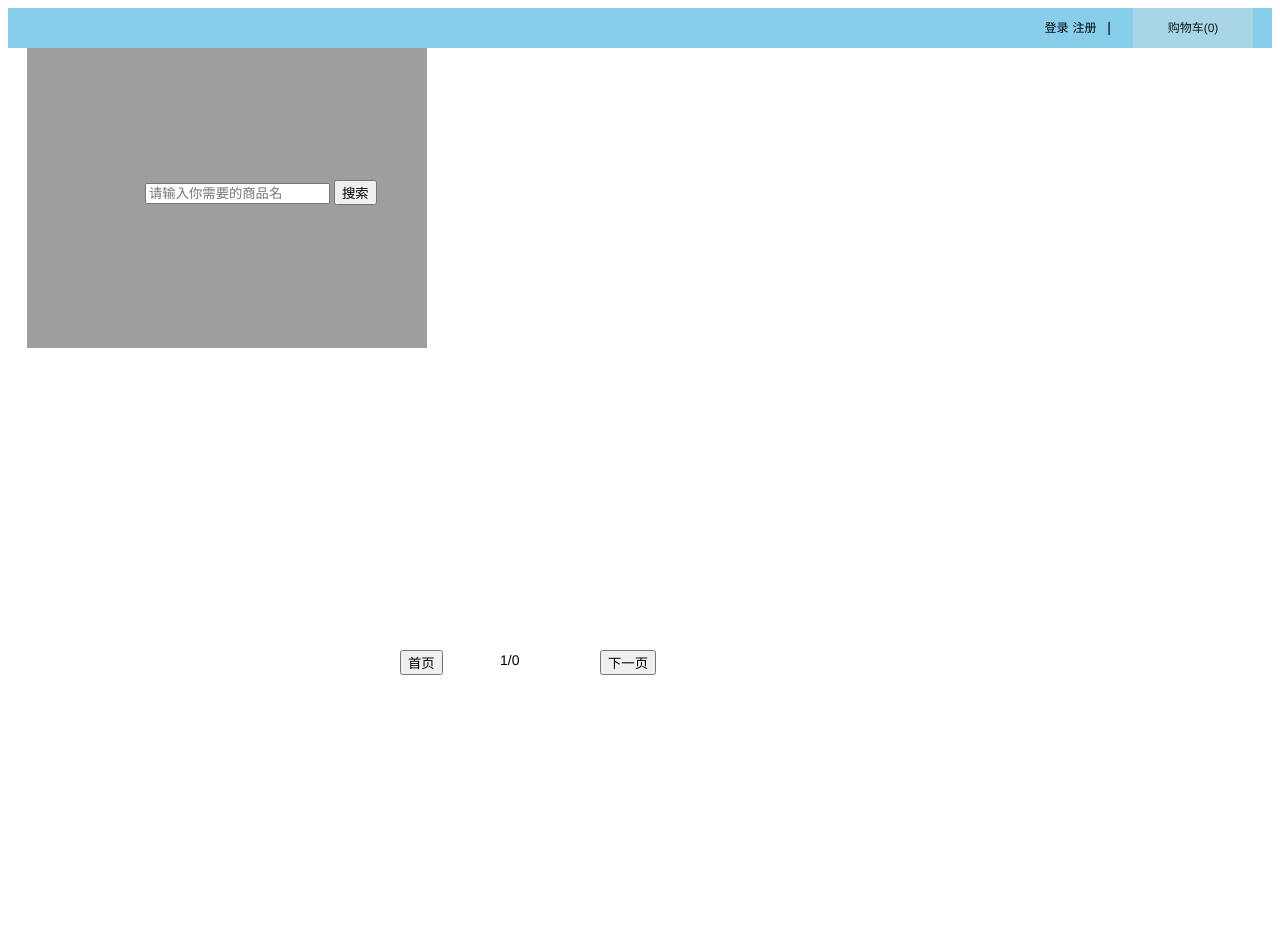
Repository: Gale-student/Gale-student.github.io
Page: http://localhost/weshop/AaShoppingHomePageServlet
An editor plug-in stored every save of this project. The page is shown before and after the next save, followed by the edit.
The browser window is 1280 px wide. The pictures show the whole page.
The page is served by Tomcat 9. Queries for data that is not in the repository find no rows.

Above is the page before, as saved 2022-10-06 12:47:05.
Console error: ReferenceError: addCart is not defined

After the next save:
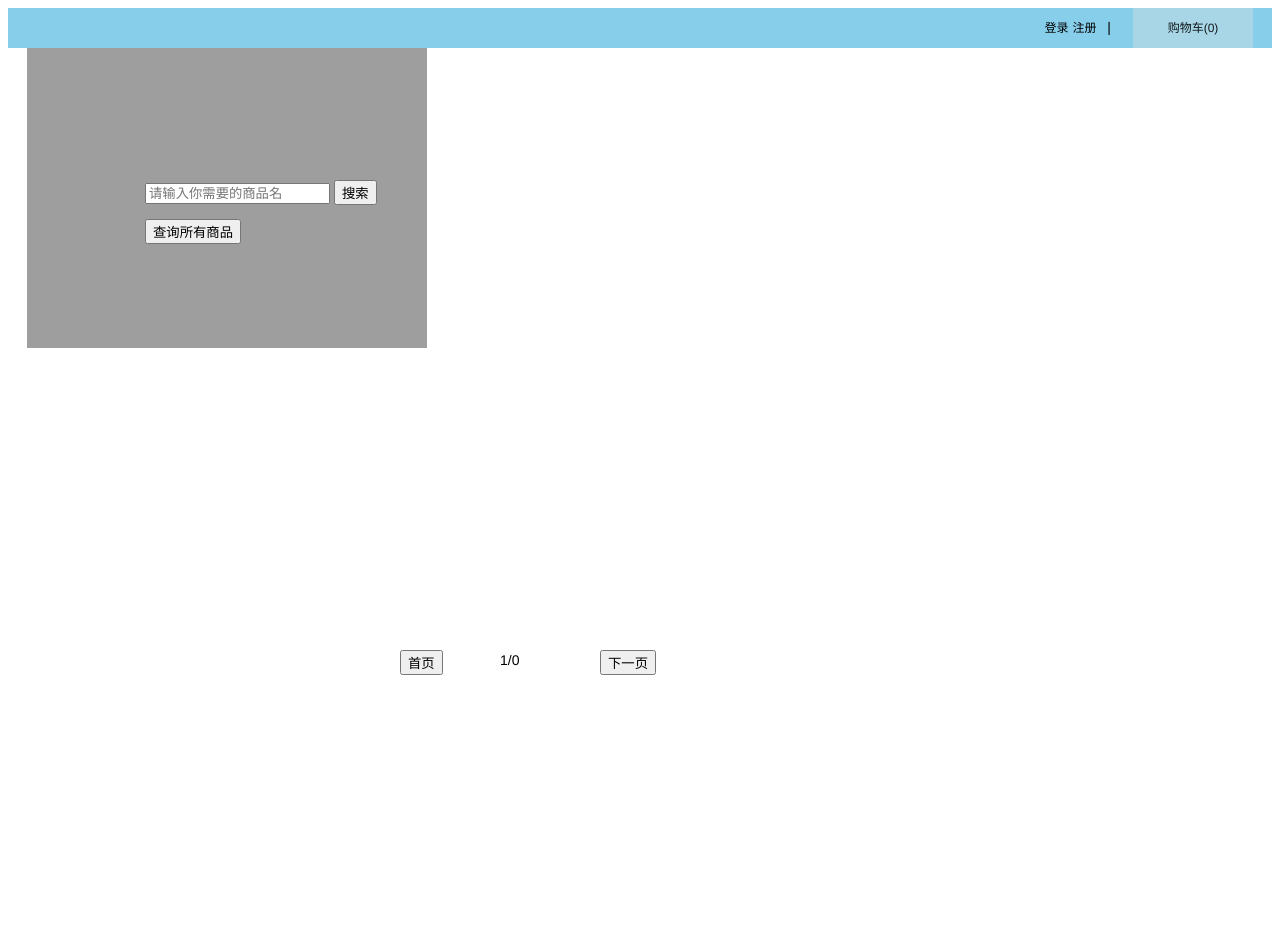
Saved 6 min 14 s later.
--- a/WeShop/weshop/WebRoot/UpdateShoppingHomePage.jsp
+++ b/WeShop/weshop/WebRoot/UpdateShoppingHomePage.jsp
@@ -189,6 +189,9 @@ String basePath = request.getScheme()+"://"+request.getServerName()+":"+request.
         <form action="QueryShopBySnameServlet" method="post">
             <input type="text" placeholder="请输入你需要的商品名" name="sname">
             <input type="submit" value="搜索">
+        </form>
+        <form action="" method="post">
+            <input type="submit" value="查询所有商品">
         </form>
     </div>
     <!-- 主页内容start -->
